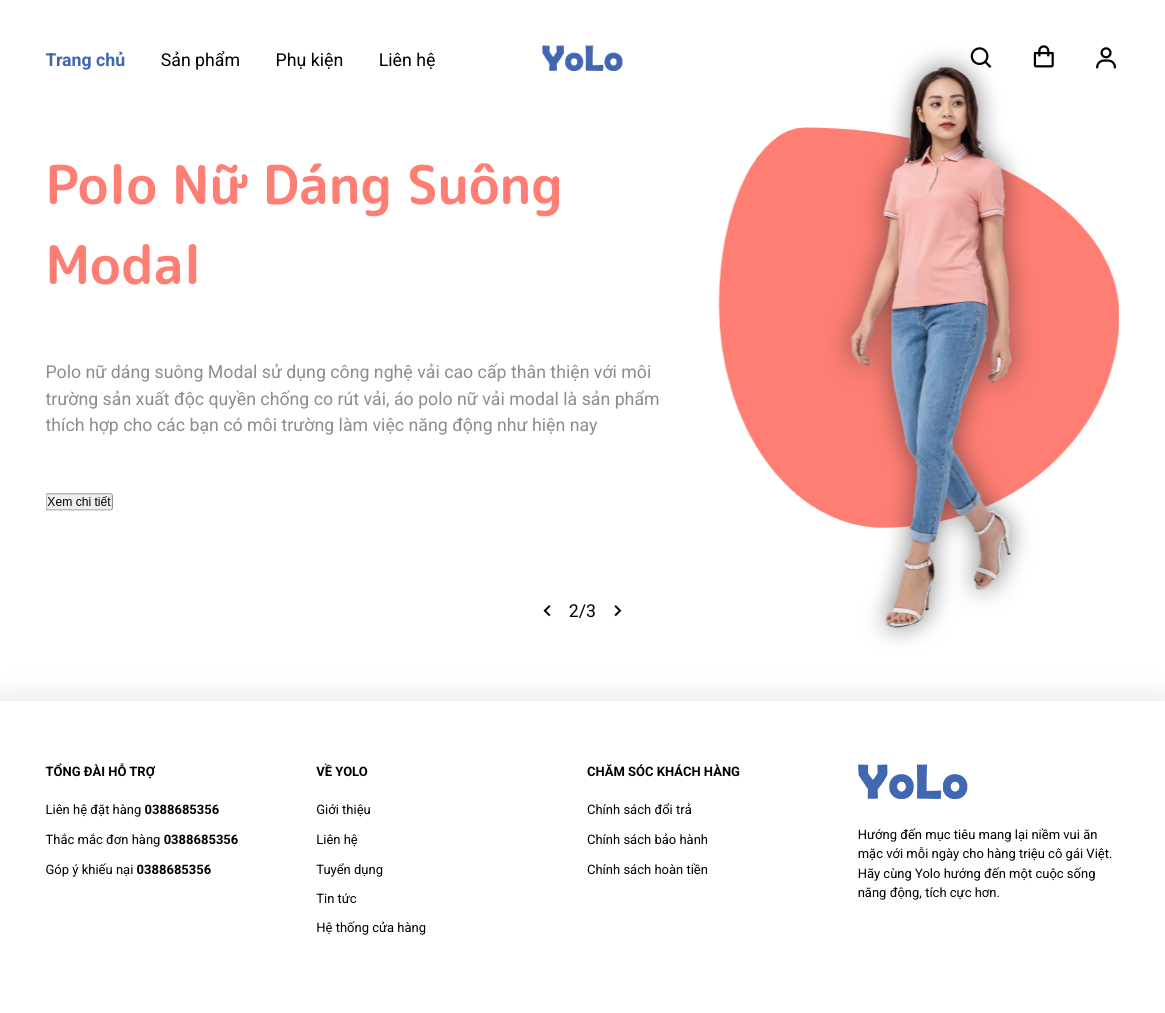
Repository: NguyenThanhBinh1210/Binh-React
Page: / (app in yoloshop/)
These files come from the project's save history. The page is drawn as it stood at one moment and after the next save; the edit follows.
The browser window is 1280 px wide. The pictures show the whole page, at 91% of full size.
The project was rebuilt for these pictures with package versions that can differ from the ones it lists, and the page was loaded fresh each time. A package was used in the major version that the imports need, not the one package.json lists. Also part of the build but not shown: yoloshop/src/pages/Product.jsx, yoloshop/src/pages/Catalog.jsx, yoloshop/src/pages/Cart.jsx, yoloshop/src/pages/Accessory.jsx, yoloshop/src/pages/Contact.jsx.

Above is the page before, as saved 2021-11-25 16:15:27.

After the next save:
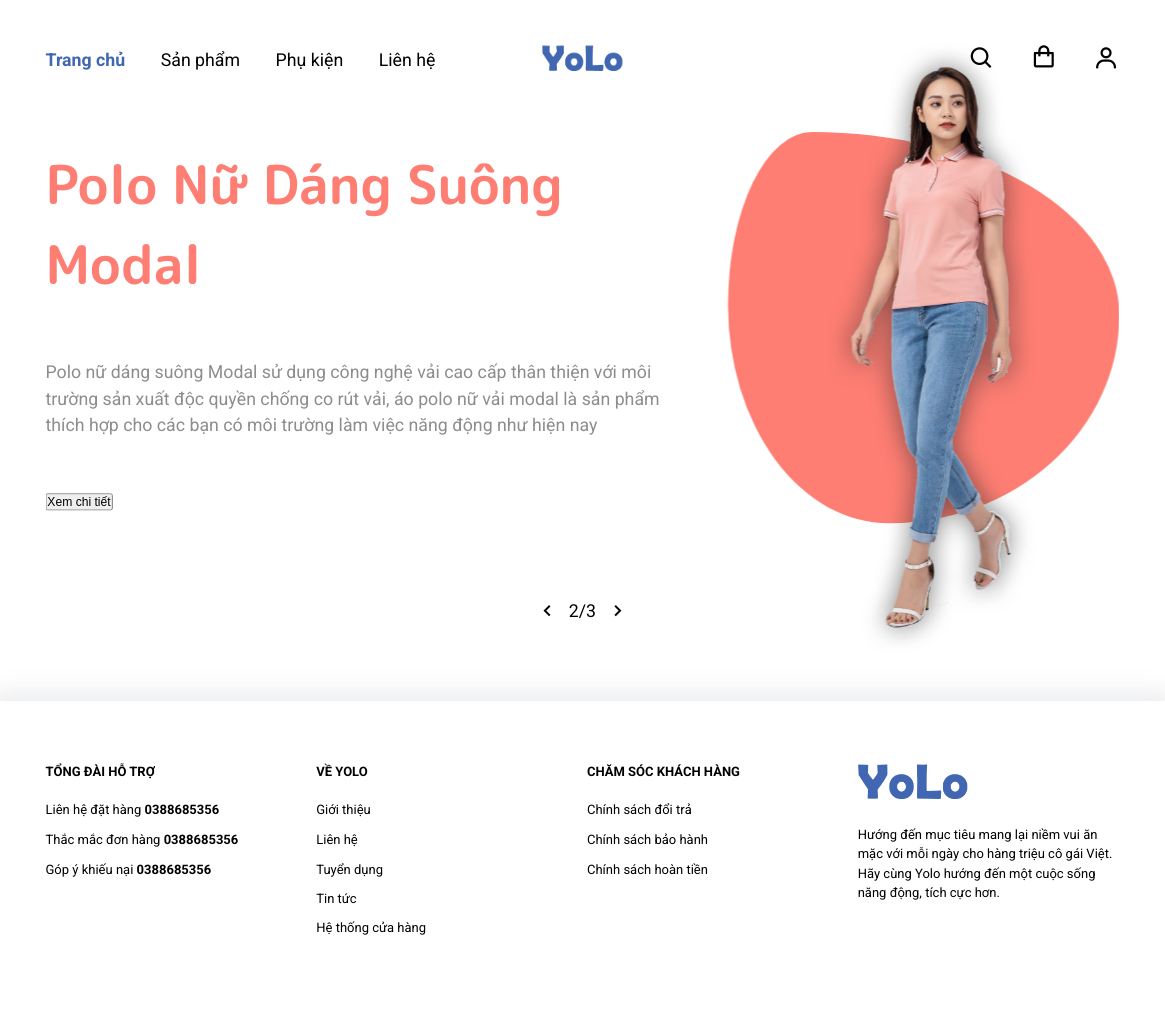
Saved 9 s later.
--- a/yoloshop/src/sass/components/_hero-slider.scss
+++ b/yoloshop/src/sass/components/_hero-slider.scss
@@ -63,7 +63,7 @@
 				left: 10%;
 			}
 			.shape {
-				$size: 440px;
+				$size: 430px;
 				height: $size;
 				width: $size;
 				position: absolute;
